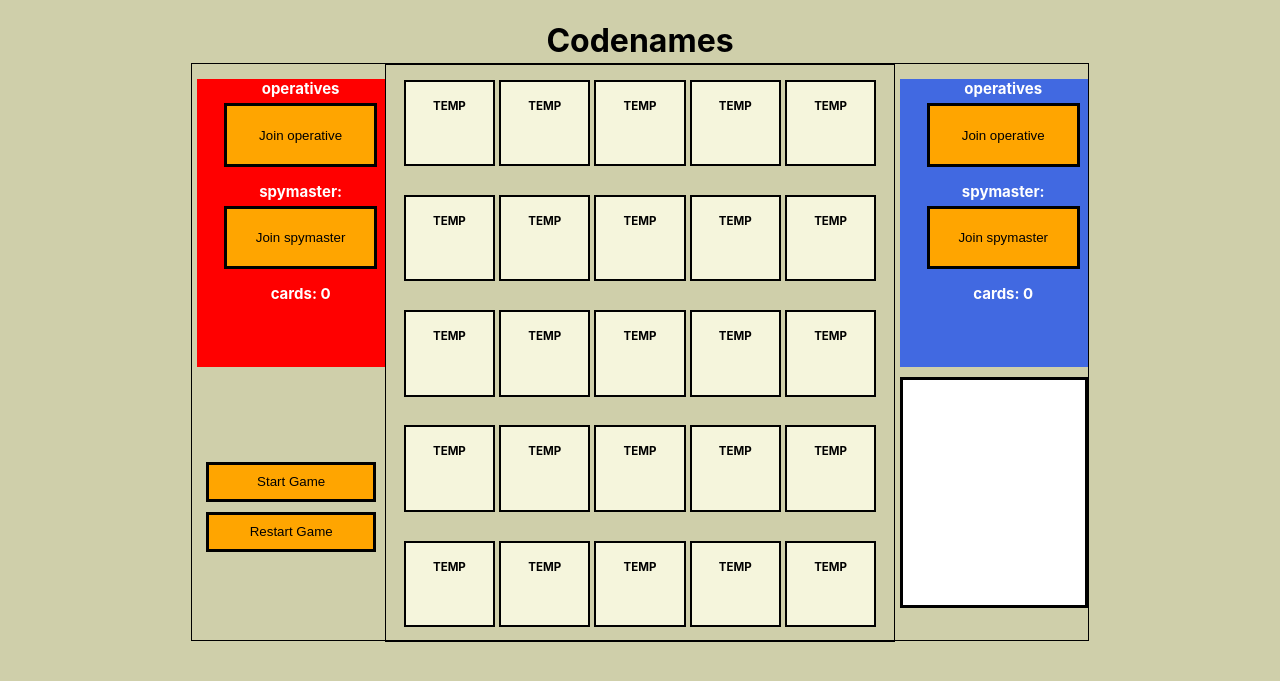
Repository: alcarrizo/Codenames-Fullstack
Page: / (app in client/)
The author's editor kept a copy of each file at every save. The page is drawn from the files as they stood at one save, then again after the next save.
The browser window is 1280 px wide. The pictures show the whole page.
The project was rebuilt for these pictures with package versions that can differ from the ones it lists, and the page was loaded fresh each time. Imported but missing from the stored project, and not drawn on this page: client/src/reportWebVitals.

Above is the page before, as saved 2023-01-17 17:42:34.

After the next save:
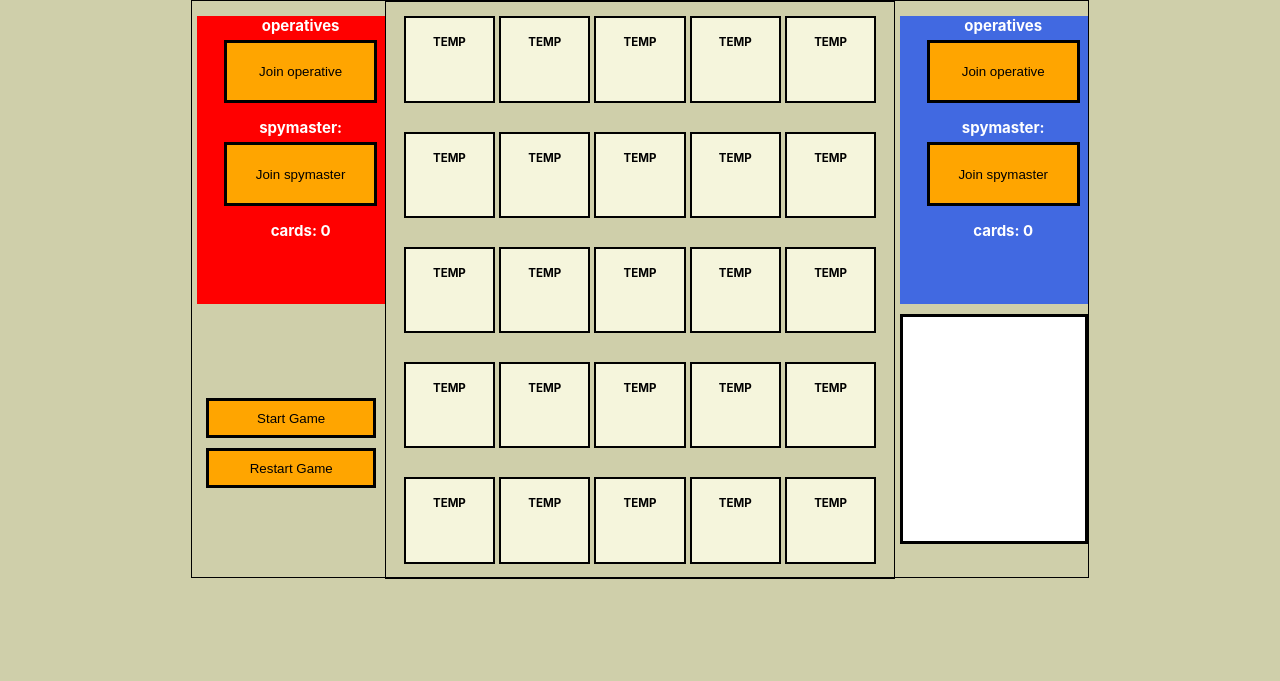
Saved 6 s later.
--- a/client/src/App.js
+++ b/client/src/App.js
@@ -307,7 +307,7 @@ const App = () => {
 
   return (
     <div className="App">
-      <h1>Codenames</h1>
+      <div className='win-screen hide' id='win-screen'></div>
 
       {/* <button onClick={() => { giveClue('test') }}>test</button> */}
 
